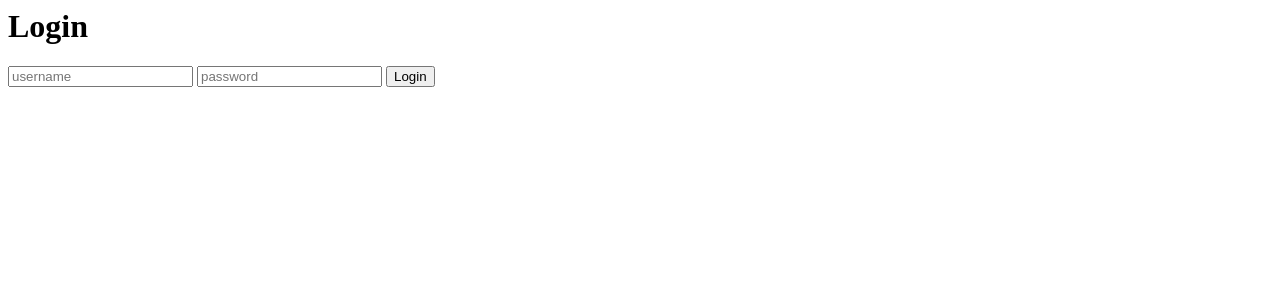
Repository: samanthi22/galvanize-6month-program
Page: http://localhost/login
The author's editor kept a record of every edit. The page is drawn from the files as they stood at one moment, then again after the next edit.
The browser window is 1280 px wide. The pictures show the whole page.
The page is served by the project's Node server (Authentication/demo/app.js). Other server files are loaded and not shown.

Above is the page before.

### Authentication/demo/views/login.ejs
<h1>Login</h1>

<form action="/login" method="POST">
    <input type="text" name="username" placeholder="username">
    <input type="password" name="password" placeholder="password">
    <button>Login</button>
</form>

### Authentication/demo/app.js
var express = require("express");
var mongoose = require("mongoose");
var passport = require("passport");
var LocalStrategy = require("passport-local");
var bodyParser = require("body-parser");
var LocalStrategy = require("passport-local");
var passportLocalMongoose = require("passport-local-mongoose");
var User = require("./models/user");

var app = express();
app.use(require("express-session")({
    secret: "Rainforest is the best",
    resave: false,
    saveUninitialized: false
}));
app.use(bodyParser.urlencoded({extended: true}));
mongoose.connect("mongodb://localhost/auth_demo_app");

app.use(require("express-session")({
    secret: "Once again Rusty wins cutest dog!",
    resave: false,
    saveUnitialized: false
}));

app.use(passport.initialize());
app.use(passport.session());
passport.use(new LocalStrategy(User.authenticate()));
passport.serializeUser(User.serializeUser());
passport.deserializeUser(User.deserializeUser());



app.set('view engine', 'ejs');
app.use(passport.initialize());
app.use(passport.session());

passport.use(new LocalStrategy(User.authenticate()));
passport.serializeUser(User.serializeUser());
passport.deserializeUser(User.deserializeUser());

// routes


app.get("/", function(req, res) {
    res.render("home");
});

app.post("/register", function(req, res) {
   User.register(new User({username: req.body.username}), req.body.password, function(err, user) {
      if(err) {
          console.log(err);
          return res.render('register');
      }
      passport.authenticate("local")(req, res, function() {
          res.redirect("/secret");
      })
   });
});

app.get("/secret", function(req, res) {
    res.render("secret");
});

// auth routes
// show sign up form
app.get("/register", function(req, res) {
   res.render("register");
});

// login routes
app.get("/login", function(req, res) {
   res.render("login");
});

app.post("/login", passport.authenticate("local", {
    successRedirect: "/secret",
    failureRedirect: "/login"
}), function(req, res) {

});


app.get("/secret", isLoggedIn, function(req, res) {
   res.render("secret");
});

function isLoggedIn(req, res, next) {
    if(req.isAuthenticated()) {
        return next();
    }
    res.redirect("/login");
}

app.get("/logout", function(req, res) {
   req.logout();
   res.redirect("/");
});



app.listen(process.env.PORT, process.env.IP, function() {
    console.log("server started ....");
});

After the next edit:
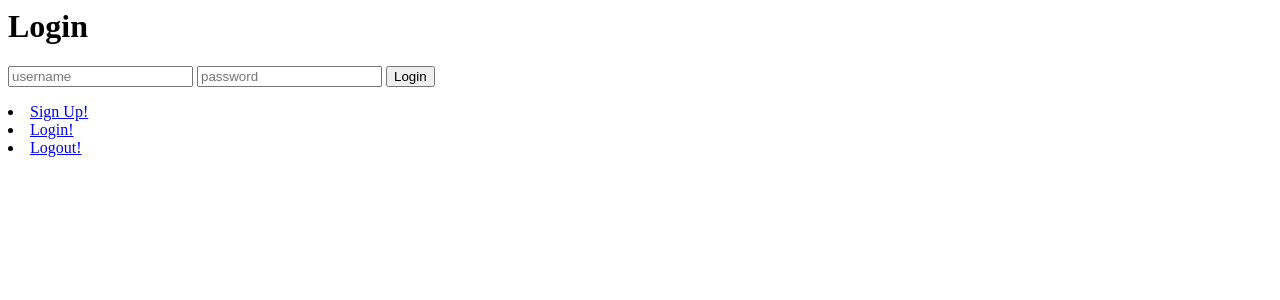
The edit:
--- a/Authentication/demo/views/login.ejs
+++ b/Authentication/demo/views/login.ejs
@@ -5,3 +5,7 @@
     <input type="password" name="password" placeholder="password">
     <button>Login</button>
 </form>
+
+<li><a href="/register">Sign Up!</a></li>
+<li><a href="/login">Login!</a></li>
+<li><a href="/logout">Logout!</a></li>
